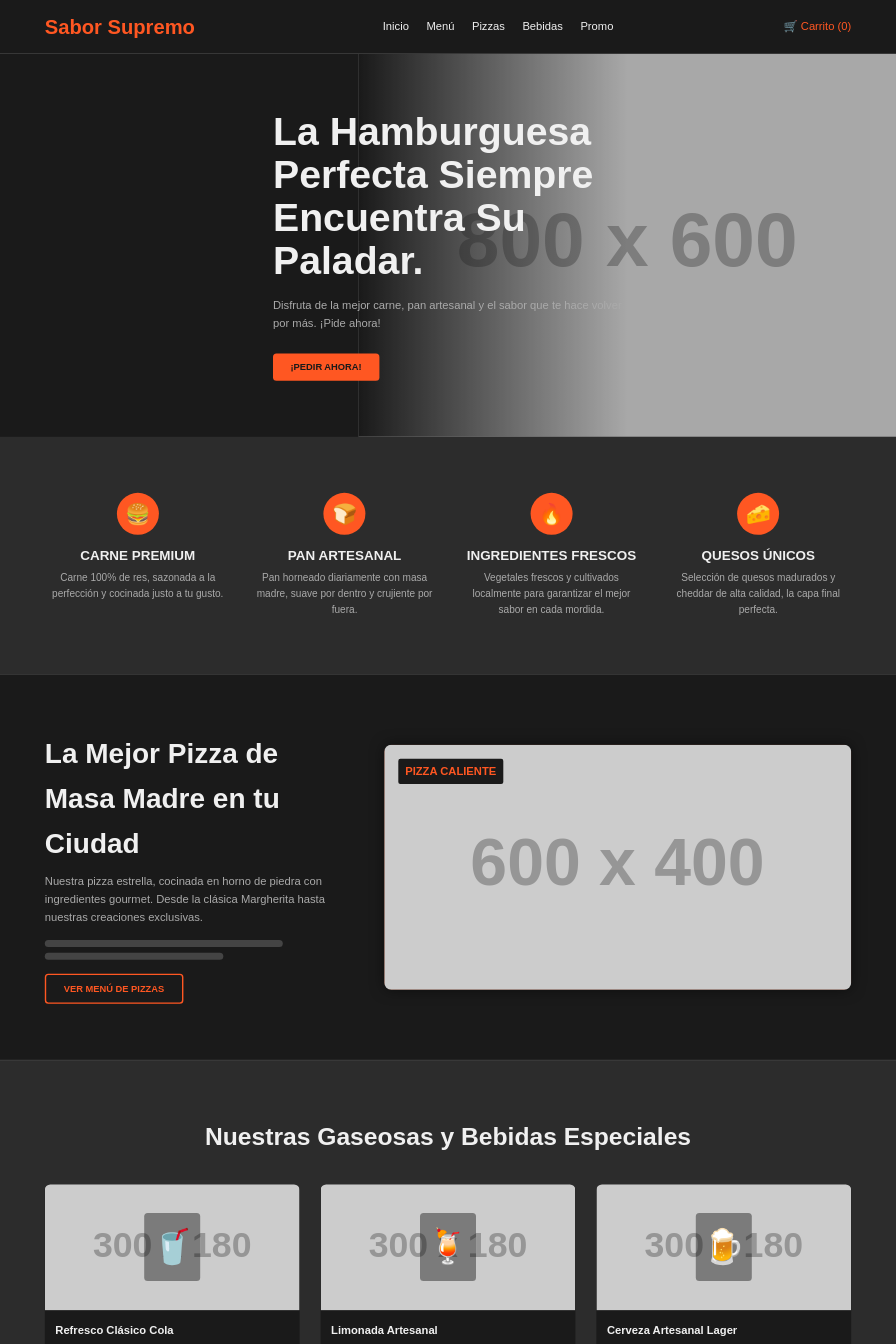
Repository: NovaSystem-DG/Restaurante-web
Page: index.html
An editor plug-in stored every save of this project. The page is shown before and after the next save, followed by the edit.
The browser window is 1280 px wide. The pictures show the part of the page from y = 0 to 1920 px (the page is 3419 px tall before and 3423 px after), at 70% of full size.

Above is the page before, as saved 2026-01-16 19:42:44.

### index.html
<!DOCTYPE html>
<html lang="es">
<head>
    <meta charset="UTF-8">
    <meta name="viewport" content="width=device-width, initial-scale=1.0">
    <title>Sabor Supremo: Burgers, Pizza & Drinks</title>
    <link rel="stylesheet" href="style.css">
    </head>
<body>

    <header class="header-nav">
        <div class="container navbar-container">
            <span class="logo">Sabor Supremo</span>
            <nav class="navbar">
                <ul class="nav-links">
                    <li><a href="#">Inicio</a></li>
                    <li><a href="#">Menú</a></li>
                    <li><a href="#">Pizzas</a></li>
                    <li><a href="#">Bebidas</a></li>
                    <li><a href="#">Promo</a></li>
                </ul>
            </nav>
            <div class="cart-icon">🛒 Carrito (0)</div>
        </div>
    </header>

    <section class="section hero-section">
        <div class="container hero-content">
            <h1>La Hamburguesa Perfecta Siempre Encuentra Su Paladar.</h1>
            <p>Disfruta de la mejor carne, pan artesanal y el sabor que te hace volver por más. ¡Pide ahora!</p>
            <button class="btn-primary">¡PEDIR AHORA!</button>
        </div>
        <div class="hero-image-placeholder"></div>
    </section>

    <section class="section features-section">
        <div class="container">
            <div class="grid-4-col">
                <div class="feature-item">
                    <div class="icon-circle">🍔</div>
                    <h3>CARNE PREMIUM</h3>
                    <p>Carne 100% de res, sazonada a la perfección y cocinada justo a tu gusto.</p>
                </div>
                <div class="feature-item">
                    <div class="icon-circle">🍞</div>
                    <h3>PAN ARTESANAL</h3>
                    <p>Pan horneado diariamente con masa madre, suave por dentro y crujiente por fuera.</p>
                </div>
                <div class="feature-item">
                    <div class="icon-circle">🔥</div>
                    <h3>INGREDIENTES FRESCOS</h3>
                    <p>Vegetales frescos y cultivados localmente para garantizar el mejor sabor en cada mordida.</p>
                </div>
                <div class="feature-item">
                    <div class="icon-circle">🧀</div>
                    <h3>QUESOS ÚNICOS</h3>
                    <p>Selección de quesos madurados y cheddar de alta calidad, la capa final perfecta.</p>
                </div>
            </div>
        </div>
    </section>

    <section class="section special-pizza-section">
        <div class="container pizza-grid">
            <div class="pizza-text-content">
                <h2>La Mejor Pizza de Masa Madre en tu Ciudad</h2>
                <p>Nuestra pizza estrella, cocinada en horno de piedra con ingredientes gourmet. Desde la clásica Margherita hasta nuestras creaciones exclusivas.</p>
                <div class="text-placeholder-lines">
                    <div class="text-line medium"></div>
                    <div class="text-line small"></div>
                </div>
                <button class="btn-primary-inverted">VER MENÚ DE PIZZAS</button>
            </div>
            <div class="pizza-image-placeholder">
                <div class="pizza-label">PIZZA CALIENTE</div>
            </div>
        </div>
    </section>

    <section class="section special-drinks-section">
        <div class="container">
            <h2>Nuestras Gaseosas y Bebidas Especiales</h2>
            <div class="item-list-grid">
                <div class="product-card">
                    <div class="product-image-placeholder drink">
                        <span class="drink-icon">🥤</span>
                    </div>
                    <div class="product-details">
                        <h4>Refresco Clásico Cola</h4>
                        <p>La opción burbujeante que acompaña a cualquier comida a la perfección.</p>
                        <div class="price-action">
                            <span class="price">$3.50</span>
                            <button class="btn-secondary">AÑADIR</button>
                        </div>
                    </div>
                </div>
                <div class="product-card">
                    <div class="product-image-placeholder drink">
                        <span class="drink-icon">🍹</span>
                    </div>
                    <div class="product-details">
                        <h4>Limonada Artesanal</h4>
                        <p>Fresco jugo natural de limón y hierbabuena. Hecho al momento.</p>
                        <div class="price-action">
                            <span class="price">$4.00</span>
                            <button class="btn-secondary">AÑADIR</button>
                        </div>
                    </div>
                </div>
                <div class="product-card">
                    <div class="product-image-placeholder drink">
                        <span class="drink-icon">🍺</span>
                    </div>
                    <div class="product-details">
                        <h4>Cerveza Artesanal Lager</h4>
                        <p>Nuestra selección de cerveza local, ideal para maridar con pizza.</p>
                        <div class="price-action">
                            <span class="price">$7.00</span>
                            <button class="btn-secondary">AÑADIR</button>
                        </div>
                    </div>
                </div>
            </div>
        </div>
    </section>

    <section class="section other-menu-section">
        <div class="container">
            <h2>Nuestras Hamburguesas Variadas</h2>
            <div class="menu-tabs">
                <button class="tab-button active">CLÁSICAS</button>
                <button class="tab-button">GOURMET</button>
                <button class="tab-button">VEGGIE</button>
                <button class="tab-button">COMBOS</button>
            </div>
            <div class="item-list-grid">
                <div class="product-card item-burger">
                    <div class="product-image-placeholder burger">
                        <span class="burger-icon">🍔</span>
                    </div>
                    <div class="product-details">
                        <h4>La Sencilla Cheeseburger</h4>
                        <p>Hamburguesa clásica con lechuga, tomate y queso cheddar fundido.</p>
                        <div class="price-action">
                            <span class="price">$8.50</span>
                            <button class="btn-secondary">AÑADIR</button>
                        </div>
                    </div>
                </div>
                <div class="product-card item-burger">
                    <div class="product-image-placeholder burger">
                        <span class="burger-icon">🌶️</span>
                    </div>
                    <div class="product-details">
                        <h4>Burger Picante Diablo</h4>
                        <p>Doble carne, jalapeños, queso pepper jack y salsa sriracha. ¡Pica!</p>
                        <div class="price-action">
                            <span class="price">$12.00</span>
                            <button class="btn-secondary">AÑADIR</button>
                        </div>
                    </div>
                </div>
                <div class="product-card item-burger">
                    <div class="product-image-placeholder burger">
                        <span class="burger-icon">🥓</span>
                    </div>
                    <div class="product-details">
                        <h4>Bacon Lovers Burger</h4>
                        <p>La favorita. Crujiente tocino ahumado, cebolla caramelizada y salsa BBQ.</p>
                        <div class="price-action">
                            <span class="price">$11.00</span>
                            <button class="btn-secondary">AÑADIR</button>
                        </div>
                    </div>
                </div>
            </div>
        </div>
    </section>

    <section class="section subscription-section">
        <div class="container subscription-content">
            <div class="large-image-placeholder">
                <div class="subscribe-text">
                    <h3>¡Suscríbete y Obtén un 10% de Descuento!</h3>
                    <p>Recibe las mejores promociones y los lanzamientos de nuestro menú.</p>
                    <div class="subscribe-form">
                        <input type="email" placeholder="Ingresa tu email">
                        <button class="btn-primary-inverted">Suscribir</button>
                    </div>
                </div>
            </div>
        </div>
    </section>

    <footer class="footer-main">
        <div class="container footer-grid">
            <div class="footer-branding">
                <span class="logo">🍔 Sabor Supremo</span>
                <p>&copy; 2025 Nova System Digital. Todos los derechos reservados.</p>
            </div>
            <div class="footer-links">
                <h4>Contacto</h4>
                <p>Dirección: Calle Falsa 123, Ciudad.</p>
                <p>Teléfono: 555-1234</p>
            </div>
            <div class="footer-links">
                <h4>Enlaces Rápidos</h4>
                <ul>
                    <li><a href="#">Términos y Condiciones</a></li>
                    <li><a href="#">Política de Privacidad</a></li>
                </ul>
            </div>
        </div>
    </footer>

</body>
</html>

### style.css
:root {
    --bg-dark: #1a1a1a;
    --bg-light: #2c2c2c;
    --primary-color: #ff5722;
    --text-light: #f0f0f0;
    --text-muted: #aaaaaa;
    --border-color: #444444;
}

/* Base y Reset */
* {
    box-sizing: border-box;
    margin: 0;
    padding: 0;
}

body {
    font-family: sans-serif;
    background-color: var(--bg-dark);
    color: var(--text-light);
    line-height: 1.6;
}

.container {
    width: 90%;
    max-width: 1200px;
    margin: 0 auto;
}

a {
    text-decoration: none;
    color: inherit;
    transition: color 0.3s;
}

h1, h2, h3, h4 {
    color: var(--text-light);
    margin-bottom: 10px;
}


.header-nav {
    background-color: var(--bg-dark);
    padding: 15px 0;
    border-bottom: 1px solid var(--border-color);
}

.navbar-container {
    display: flex;
    justify-content: space-between;
    align-items: center;
}

.logo {
    font-weight: bold;
    font-size: 1.8em;
    color: var(--primary-color);
}

.nav-links {
    list-style: none;
    display: flex;
}

.nav-links li {
    margin-left: 25px;
}

.nav-links a:hover {
    color: var(--primary-color);
}

.cart-icon {
    font-size: 1em;
    cursor: pointer;
    color: var(--primary-color);
}

/* Botones */
.btn-primary {
    background-color: var(--primary-color);
    color: var(--bg-dark);
    border: none;
    padding: 12px 25px;
    border-radius: 5px;
    cursor: pointer;
    font-weight: bold;
    text-transform: uppercase;
    transition: background-color 0.3s;
}

.btn-primary:hover {
    background-color: #ff784e;
}

.btn-primary-inverted {
    background-color: transparent;
    color: var(--primary-color);
    border: 2px solid var(--primary-color);
    padding: 12px 25px;
    border-radius: 5px;
    cursor: pointer;
    font-weight: bold;
    transition: background-color 0.3s, color 0.3s;
}

.btn-primary-inverted:hover {
    background-color: var(--primary-color);
    color: var(--bg-dark);
}

.btn-secondary {
    background-color: var(--primary-color);
    color: var(--bg-dark);
    border: none;
    padding: 8px 15px;
    border-radius: 3px;
    cursor: pointer;
    font-weight: bold;
    transition: opacity 0.3s;
}

.btn-secondary:hover {
    opacity: 0.8;
}

/* Hero Section */
.hero-section {
    position: relative;
    padding: 80px 0 0 0;
    min-height: 500px;
    overflow: hidden;
}

.hero-content {
    position: relative;
    z-index: 10;
    max-width: 500px;
    text-align: left;
}

.hero-section h1 {
    font-size: 3.5em;
    line-height: 1.1;
    margin-bottom: 20px;
}

.hero-section p {
    color: var(--text-muted);
    margin-bottom: 30px;
}

.hero-image-placeholder {
    position: absolute;
    top: 0;
    right: 0;
    width: 60%;
    height: 100%;
    background-color: var(--bg-light);
    /* Simulación de la imagen de fondo con un gradiente oscuro y un placeholder */
    background-image: linear-gradient(to left, rgba(26, 26, 26, 0) 50%, var(--bg-dark) 100%),
                      url('https://via.placeholder.com/800x600/3a3a3a/f0f0f0?text=Mega+Burger');
    background-size: cover;
    background-position: right;
    opacity: 0.8;
}


.section {
    padding: 80px 0;
    text-align: center;
}

/* Features Section */
.features-section {
    background-color: var(--bg-light);
    border-bottom: 1px solid var(--border-color);
}

.grid-4-col {
    display: grid;
    grid-template-columns: repeat(4, 1fr);
    gap: 30px;
}

.feature-item {
    text-align: center;
}

.icon-circle {
    width: 60px;
    height: 60px;
    background-color: var(--primary-color);
    border-radius: 50%;
    display: flex;
    justify-content: center;
    align-items: center;
    font-size: 1.8em;
    margin: 0 auto 15px auto;
}

.feature-item h3 {
    font-size: 1.2em;
    margin-bottom: 5px;
}

.feature-item p {
    color: var(--text-muted);
    font-size: 0.9em;
}

/*Special Pizza Section */
.special-pizza-section {
    background-color: var(--bg-dark);
}

.pizza-grid {
    display: grid;
    grid-template-columns: 1fr 1.5fr;
    gap: 40px;
    text-align: left;
    align-items: center;
}

.pizza-text-content {
    padding-right: 20px;
}

.pizza-text-content h2 {
    font-size: 2.5em;
}

.pizza-text-content p {
    color: var(--text-muted);
    margin-bottom: 20px;
}


.text-placeholder-lines {
    margin: 20px 0;
}
.text-line {
    height: 10px;
    background-color: var(--border-color);
    border-radius: 5px;
    margin-bottom: 8px;
}
.text-line.medium { width: 80%; }
.text-line.small { width: 60%; }

.pizza-image-placeholder {
    height: 350px;
    background-color: var(--primary-color);
    background-image: url('https://via.placeholder.com/600x400/ff784e/1a1a1a?text=Pizza+Masa+Madre');
    background-size: cover;
    background-position: center;
    border-radius: 10px;
    position: relative;
    box-shadow: 0 0 20px rgba(0, 0, 0, 0.5);
}

.pizza-label {
    position: absolute;
    top: 20px;
    left: 20px;
    background-color: var(--bg-dark);
    color: var(--primary-color);
    padding: 5px 10px;
    border-radius: 3px;
    font-weight: bold;
}


/* Drinks y Menu Items Sections */
.special-drinks-section, .other-menu-section {
    background-color: var(--bg-light);
    border-top: 1px solid var(--border-color);
}

.special-drinks-section h2, .other-menu-section h2 {
    font-size: 2.2em;
    margin-bottom: 40px;
}

.item-list-grid {
    display: grid;
    grid-template-columns: repeat(3, 1fr);
    gap: 30px;
    margin-bottom: 40px;
}

.product-card {
    background-color: var(--bg-dark);
    border-radius: 8px;
    overflow: hidden;
    text-align: left;
    transition: transform 0.3s;
}

.product-card:hover {
    transform: translateY(-5px);
    box-shadow: 0 10px 20px rgba(0, 0, 0, 0.3);
}

.product-image-placeholder {
    width: 100%;
    height: 180px;
    display: flex;
    justify-content: center;
    align-items: center;
    font-size: 3em;
}

.product-image-placeholder.drink {
    background-color: #555;
    background-image: url('https://via.placeholder.com/300x180/555/f0f0f0?text=Gaseosa');
    background-size: cover;
    background-position: center;
}

.product-image-placeholder.burger {
    background-color: #777;
    background-image: url('https://via.placeholder.com/300x180/777/f0f0f0?text=Hamburguesa');
    background-size: cover;
    background-position: center;
}

.drink-icon, .burger-icon {
    background: rgba(0, 0, 0, 0.4);
    padding: 10px;
    border-radius: 5px;
}

.product-details {
    padding: 15px;
}

.product-details h4 {
    margin-bottom: 5px;
}

.product-details p {
    color: var(--text-muted);
    font-size: 0.9em;
    margin-bottom: 10px;
}

.price-action {
    display: flex;
    justify-content: space-between;
    align-items: center;
}

.price {
    font-size: 1.5em;
    font-weight: bold;
    color: var(--primary-color);
}

/*Tabs de Hamburguesas */
.menu-tabs {
    margin-bottom: 30px;
}

.tab-button {
    background-color: var(--bg-dark);
    color: var(--text-muted);
    border: 1px solid var(--border-color);
    padding: 10px 20px;
    cursor: pointer;
    margin: 0 5px;
    transition: background-color 0.3s, color 0.3s;
}

.tab-button.active, .tab-button:hover {
    background-color: var(--primary-color);
    color: var(--bg-dark);
    border-color: var(--primary-color);
}

/*Footer y Suscripción */
.subscription-section {
    padding: 0; /* No padding vertical aquí para que la imagen cubra */
    background-color: var(--bg-dark);
}

.large-image-placeholder {
    height: 400px;
    width: 100%;
    background-image: url('https://via.placeholder.com/1200x400/444/f0f0f0?text=Fondo+Ingredientes');
    background-size: cover;
    background-position: center;
    display: flex;
    justify-content: center;
    align-items: center;
}

.subscribe-text {
    background-color: rgba(26, 26, 26, 0.85);
    padding: 30px 40px;
    border-radius: 10px;
    max-width: 600px;
    text-align: center;
}

.subscribe-form {
    display: flex;
    margin-top: 20px;
}

.subscribe-form input {
    flex-grow: 1;
    padding: 10px;
    border: none;
    border-radius: 5px 0 0 5px;
    background-color: var(--bg-light);
    color: var(--text-light);
}

.subscribe-form button {
    border-radius: 0 5px 5px 0;
    padding: 10px 20px;
}

/* Footer Main */
.footer-main {
    background-color: var(--bg-dark);
    border-top: 1px solid var(--border-color);
    padding: 40px 0;
}

.footer-grid {
    display: grid;
    grid-template-columns: 2fr 1fr 1fr;
    gap: 30px;
    text-align: left;
}

.footer-branding p {
    color: var(--text-muted);
    font-size: 0.9em;
    margin-top: 10px;
}

.footer-links ul {
    list-style: none;
}

.footer-links li a {
    color: var(--text-muted);
    display: block;
    margin-bottom: 5px;
    font-size: 0.9em;
}

.footer-links li a:hover {
    color: var(--primary-color);
}

/* Diseño responsive */

@media (max-width: 992px) {

    /* NAV */
    .nav-links {
        gap: 10px;
    }

    .hero-section {
        padding-top: 40px;
    }

    .hero-section h1 {
        font-size: 2.5em;
    }

    .pizza-grid {
        grid-template-columns: 1fr;
        text-align: center;
    }

    .pizza-text-content {
        padding-right: 0;
    }

    .item-list-grid {
        grid-template-columns: repeat(2, 1fr);
    }

    .footer-grid {
        grid-template-columns: 1fr 1fr;
        text-align: center;
    }
}

@media (max-width: 768px) {

    /* NAV RESPONSIVE */
    .navbar-container {
        flex-direction: column;
        gap: 15px;
    }

    .nav-links {
        flex-wrap: wrap;
        justify-content: center;
        gap: 15px;
    }

    .cart-icon {
        margin-top: 5px;
    }

    /* HERO */
    .hero-section {
        text-align: center;
        padding-top: 40px;
    }

    .hero-content {
        margin: 0 auto;
    }

    .hero-image-placeholder {
        position: relative;
        width: 100%;
        height: 300px;
        opacity: 0.7;
        margin-top: 20px;
    }


    .grid-4-col {
        grid-template-columns: repeat(2, 1fr);
        gap: 20px;
    }

    /* PIZZA */
    .pizza-grid {
        grid-template-columns: 1fr;
        gap: 25px;
    }

    .pizza-image-placeholder {
        height: 260px;
    }

    /* PRODUCTOS */
    .item-list-grid {
        grid-template-columns: 1fr;
    }


    .subscribe-form {
        flex-direction: column;
    }

    .subscribe-form input {
        border-radius: 5px;
        margin-bottom: 10px;
    }

    .subscribe-form button {
        border-radius: 5px;
        width: 100%;
    }

    /* FOOTER */
    .footer-grid {
        grid-template-columns: 1fr;
        text-align: center;
    }
}


@media (max-width: 480px) {

    .logo {
        font-size: 1.4em;
    }

    .hero-section h1 {
        font-size: 2em;
    }

    .hero-section p {
        font-size: 0.9em;
    }

    .btn-primary, .btn-primary-inverted {
        width: 100%;
    }

    .icon-circle {
        width: 50px;
        height: 50px;
        font-size: 1.4em;
    }

    .pizza-image-placeholder {
        height: 220px;
    }
}

After the next save:
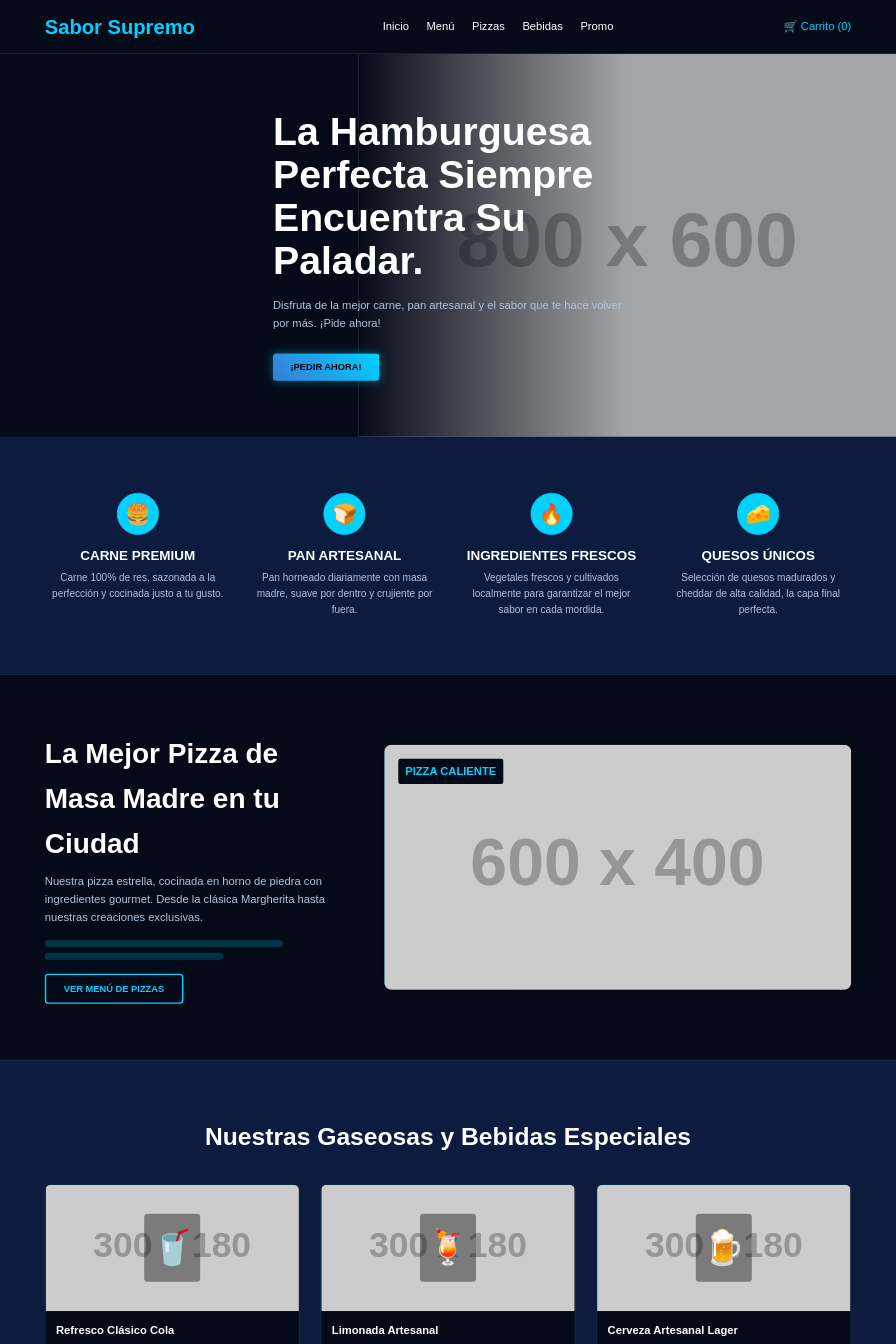
Saved 23 s later.
--- a/style.css
+++ b/style.css
@@ -1,11 +1,66 @@
 :root {
-    --bg-dark: #1a1a1a;
-    --bg-light: #2c2c2c;
-    --primary-color: #ff5722;
-    --text-light: #f0f0f0;
-    --text-muted: #aaaaaa;
-    --border-color: #444444;
-}
+    /* Nueva paleta Azul Eléctrico */
+    --bg-dark: #050a18;
+    --bg-light: #0d1b3e;
+    --primary-color: #00d2ff;  /* Cian brillante */
+    --accent-color: #3a7bd5;   /* Azul profundo */
+    --text-light: #ffffff;
+    --text-muted: #b0c4de;
+    --border-color: rgba(0, 210, 255, 0.2);
+    --glow: 0 0 15px rgba(0, 210, 255, 0.4);
+}
+
+/* --- Cambios en Botones para que BRILLEN --- */
+.btn-primary {
+    background: linear-gradient(45deg, var(--accent-color), var(--primary-color));
+    color: #fff;
+    border: none;
+    padding: 12px 25px;
+    border-radius: 50px; /* Bordes más redondeados */
+    cursor: pointer;
+    font-weight: bold;
+    text-transform: uppercase;
+    transition: 0.3s;
+    box-shadow: var(--glow); /* Efecto Neón */
+}
+
+.btn-primary:hover {
+    transform: scale(1.05);
+    box-shadow: 0 0 25px rgba(0, 210, 255, 0.6);
+}
+
+/* --- Mejorando las Tarjetas (Product Cards) --- */
+.product-card {
+    background-color: var(--bg-light);
+    border: 1px solid var(--border-color);
+    border-radius: 25px; /* Más redondeado como el video */
+    overflow: hidden;
+    transition: 0.4s ease;
+}
+
+.product-card:hover {
+    transform: translateY(-10px);
+    border-color: var(--primary-color);
+    box-shadow: var(--glow);
+}
+
+/* --- Iconos con fondo brillante --- */
+.icon-circle {
+    background: rgba(0, 210, 255, 0.1); /* Fondo azul suave */
+    border: 1px solid var(--primary-color);
+    color: var(--primary-color);
+    box-shadow: inset 0 0 10px rgba(0, 210, 255, 0.2);
+}
+
+/* --- El Header Estilo Flotante --- */
+.header-nav {
+    background-color: rgba(5, 10, 24, 0.8);
+    backdrop-filter: blur(10px); /* Efecto cristal */
+    position: sticky;
+    top: 0;
+    z-index: 1000;
+}
+
 
 /* Base y Reset */
 * {
